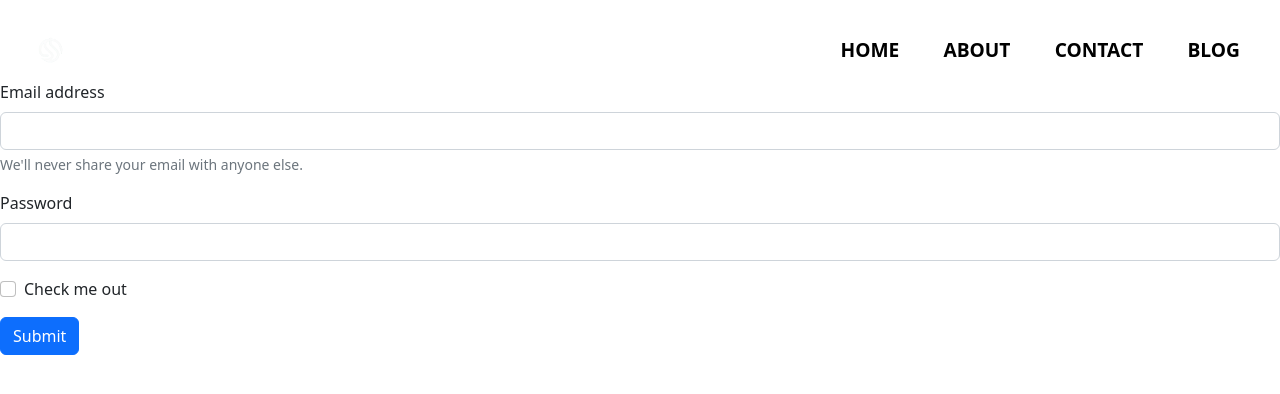
Repository: jaseem1999/sdCommunity
Page: http://localhost/sdCommunity/AdvSign.jsp
The author's editor kept a copy of each file at every save. The page is drawn from the files as they stood at one save, then again after the next save.
The browser window is 1280 px wide. The pictures show the whole page.
The page is served by Tomcat 9. Other server files are loaded and not shown.

Above is the page before, as saved 2023-10-16 15:00:41.

### sdCommunity/src/main/webapp/AdvSign.jsp
<%@ page language="java" contentType="text/html; charset=ISO-8859-1"
    pageEncoding="ISO-8859-1"%>
<!DOCTYPE html>
<html>
<head>
<meta charset="ISO-8859-1">
<title>Advertisement Agency</title>
<link href="https://cdn.jsdelivr.net/npm/bootstrap@5.2.3/dist/css/bootstrap.min.css" rel="stylesheet" integrity="sha384-rbsA2VBKQhggwzxH7pPCaAqO46MgnOM80zW1RWuH61DGLwZJEdK2Kadq2F9CUG65" crossorigin="anonymous">
<script src="https://cdn.jsdelivr.net/npm/bootstrap@5.2.3/dist/js/bootstrap.bundle.min.js" integrity="sha384-kenU1KFdBIe4zVF0s0G1M5b4hcpxyD9F7jL+jjXkk+Q2h455rYXK/7HAuoJl+0I4" crossorigin="anonymous"></script>
<style type="text/css">
	a {
		 text-decoration: none;
		 color: black;
		 font-size: 1.2rem;
		 font-weight: bold;
		 text-transform: uppercase;
	}
	.nav {
  display: flex;
  justify-content: space-between;
  align-items: center;
  padding-top: 20px;
}

.logo {
  font-size: 1.8rem;
  color: rgb(5, 5, 116);
  padding-left: 20px;
}

.hamburger {
  padding-right: 20px;
  cursor: pointer;
}

.hamburger .line {
  display: block;
  width: 40px;
  height: 5px;
  margin-bottom: 10px;
  background-color: black;
}

.nav__link {
  position: fixed;
  width: 94%;
  top: 5rem;
  left: 18px;
  background-color: lightblue;
}

.nav__link a {
  display: block;
  text-align: center;
  padding: 10px 0;
}

.nav__link a:hover {
  background-color: lightcoral;
}

.hide {
  display: none;
}
@media screen and (min-width: 600px) {
  .nav__link {
    display: block;
    position: static;
    width: auto;
    margin-right: 20px;
    background: none;
  }

  .nav__link a {
    display: inline-block;
    padding: 15px 20px;
  }

  .hamburger {
    display: none;
  }
}
</style>
</head>
<body>
	<header>
      <nav class="nav">
        <a href="/" class="logo"><img alt="logo" src="./img/logo.png" width="60px"/></a>

        <div class="hamburger">
          <span class="line"></span>
          <span class="line"></span>
          <span class="line"></span>
        </div>

        <div class="nav__link hide">
          <a href="#">home</a>
          <a href="#">about</a>
          <a href="#">contact</a>
          <a href="#">blog</a>
        </div>
      </nav>
    </header>

    <form>
		  <div class="mb-3">
		    <label for="exampleInputEmail1" class="form-label">Email address</label>
		    <input type="email" class="form-control" id="exampleInputEmail1" aria-describedby="emailHelp">
		    <div id="emailHelp" class="form-text">We'll never share your email with anyone else.</div>
		  </div>
		  <div class="mb-3">
		    <label for="exampleInputPassword1" class="form-label">Password</label>
		    <input type="password" class="form-control" id="exampleInputPassword1">
		  </div>
		  <div class="mb-3 form-check">
		    <input type="checkbox" class="form-check-input" id="exampleCheck1">
		    <label class="form-check-label" for="exampleCheck1">Check me out</label>
		  </div>
		  <button type="submit" class="btn btn-primary">Submit</button>
	</form>

<script type="text/javascript">
const hamburger = document.querySelector('.hamburger');
const navLink = document.querySelector('.nav__link');

hamburger.addEventListener('click', () => {
  navLink.classList.toggle('hide');
});
</script>
</body>
</html>

After the next save:
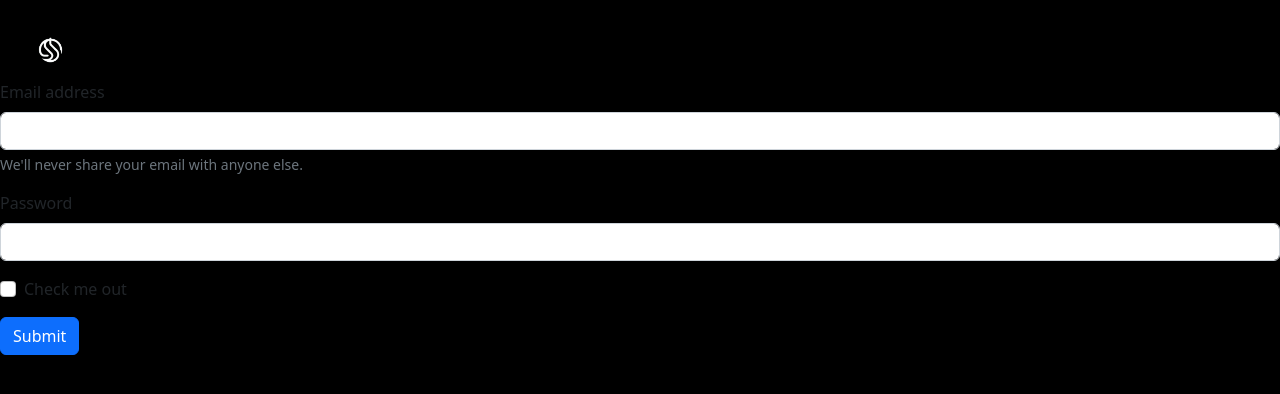
Saved 34 s later.
--- a/sdCommunity/src/main/webapp/AdvSign.jsp
+++ b/sdCommunity/src/main/webapp/AdvSign.jsp
@@ -8,7 +8,11 @@
 <link href="https://cdn.jsdelivr.net/npm/bootstrap@5.2.3/dist/css/bootstrap.min.css" rel="stylesheet" integrity="sha384-rbsA2VBKQhggwzxH7pPCaAqO46MgnOM80zW1RWuH61DGLwZJEdK2Kadq2F9CUG65" crossorigin="anonymous">
 <script src="https://cdn.jsdelivr.net/npm/bootstrap@5.2.3/dist/js/bootstrap.bundle.min.js" integrity="sha384-kenU1KFdBIe4zVF0s0G1M5b4hcpxyD9F7jL+jjXkk+Q2h455rYXK/7HAuoJl+0I4" crossorigin="anonymous"></script>
 <style type="text/css">
-	a {
+body{
+	background-color: black;
+}
+
+a {
 		 text-decoration: none;
 		 color: black;
 		 font-size: 1.2rem;
